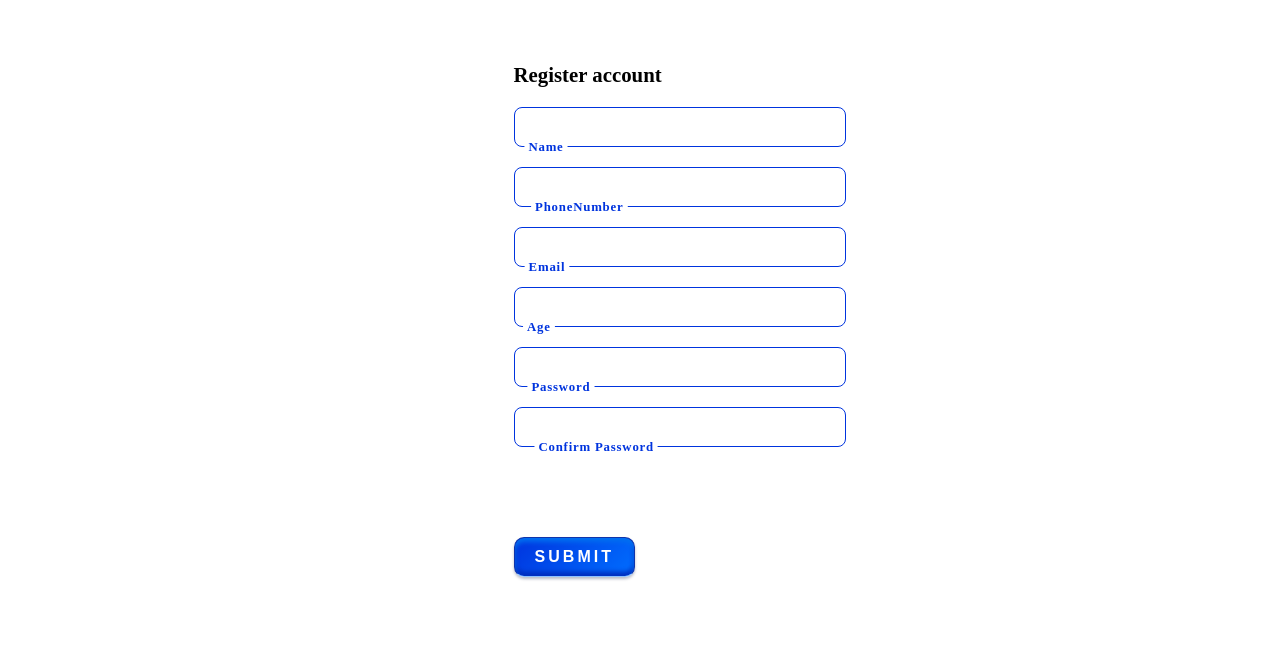
Repository: PeruriNaresh/Bank_Project
Page: http://localhost/bank_project/register.jsp
An editor plug-in stored every save of this project. The page is shown before and after the next save, followed by the edit.
The browser window is 1280 px wide. The pictures show the whole page.
The page is served by Tomcat 9.

Above is the page before, as saved 2024-10-24 14:33:38.

After the next save:
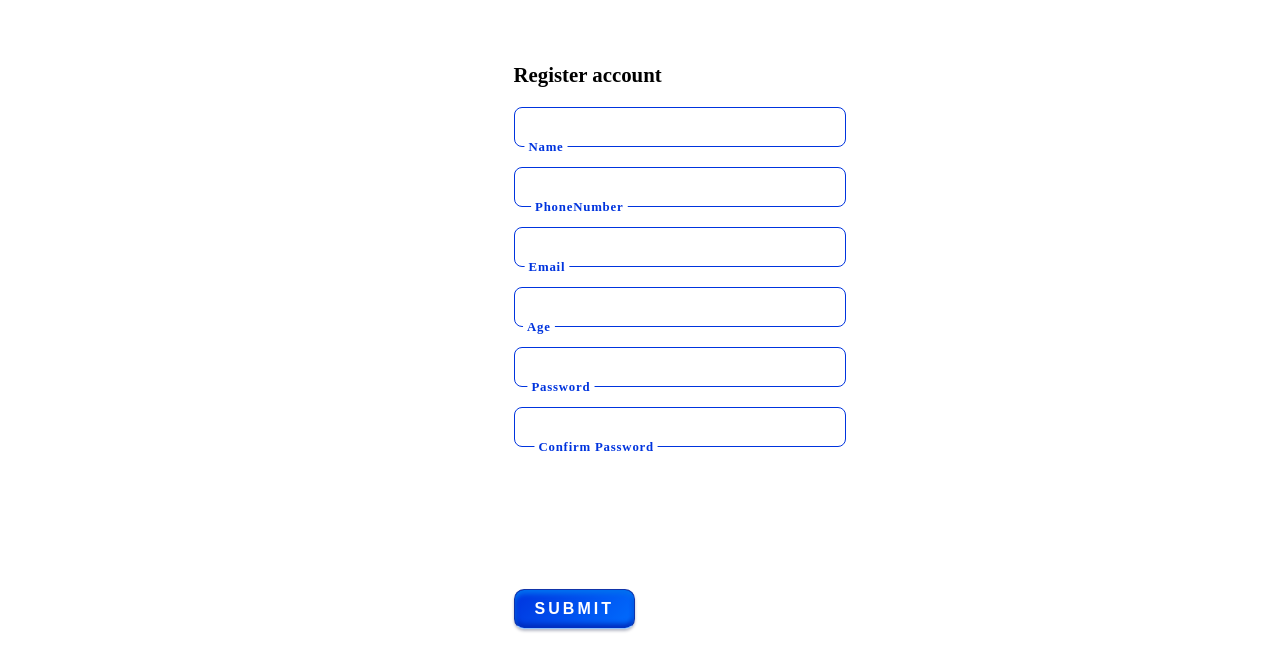
Saved 5 min 0 s later.
--- a/bank_project/src/main/webapp/register.jsp
+++ b/bank_project/src/main/webapp/register.jsp
@@ -138,6 +138,11 @@
       <input type="text" name="confirm" id="confirm"/>
       <label for="confirm">Confirm Password</label>
     </div>
+    <%String msg= (String)request.getAttribute("msg");%>
+    <p style="display:inline"><%if(msg!=null)
+    {
+    	out.println(msg);
+    }%></p>
     <p style="opacity:0;display:inline" id="msg">passwords doesnot match</p>
      <div class="btn-container">
       <button class="btn" disabled>Submit</button>
